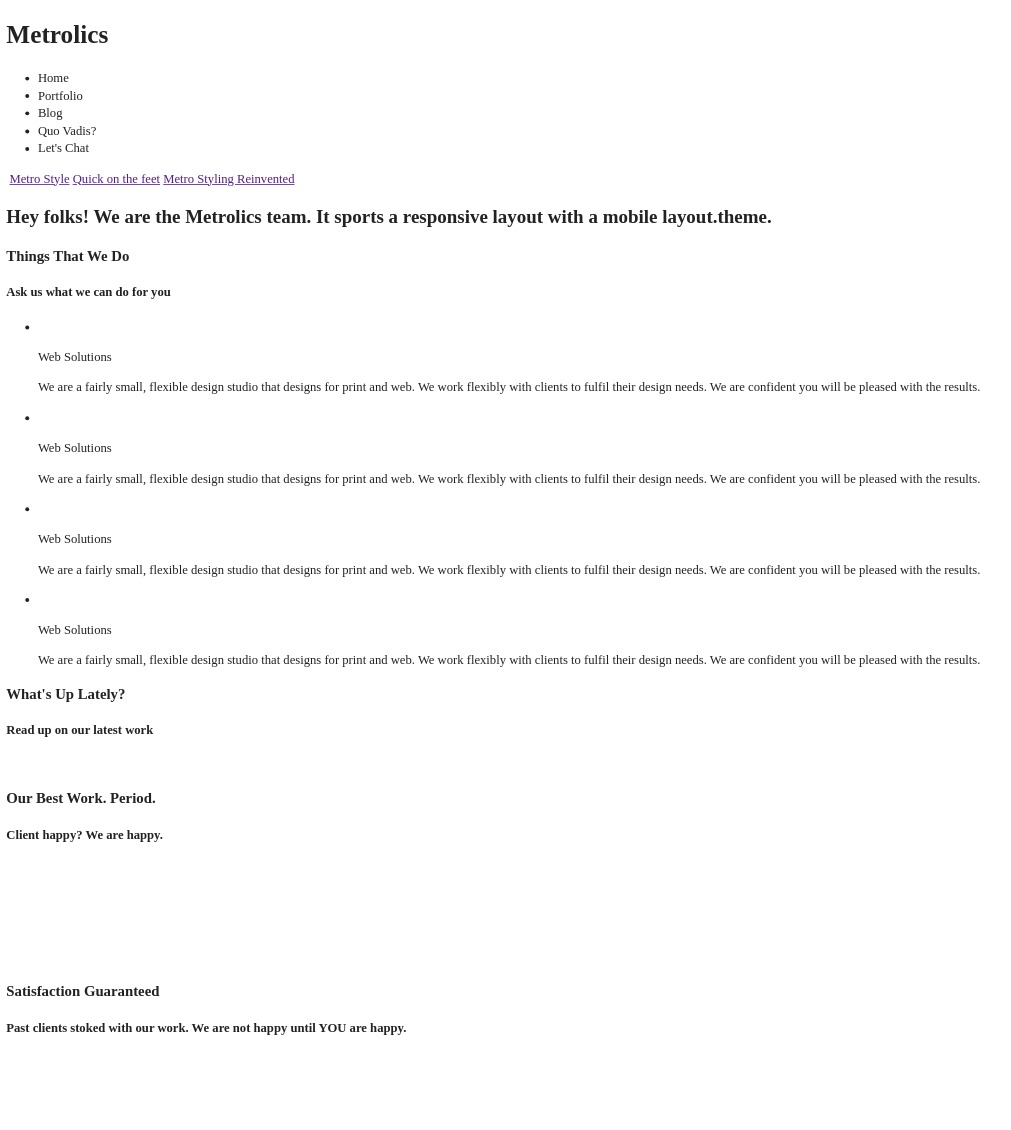
Repository: kaitlynlew/Lab02-Metrolics
Page: index.html
The author's editor kept a copy of each file at every save. The page is drawn from the files as they stood at one save, then again after the next save.
The browser window is 1280 px wide. The pictures show the whole page, at 79% of full size.

Above is the page before, as saved 2025-01-22 15:20:56.

After the next save:
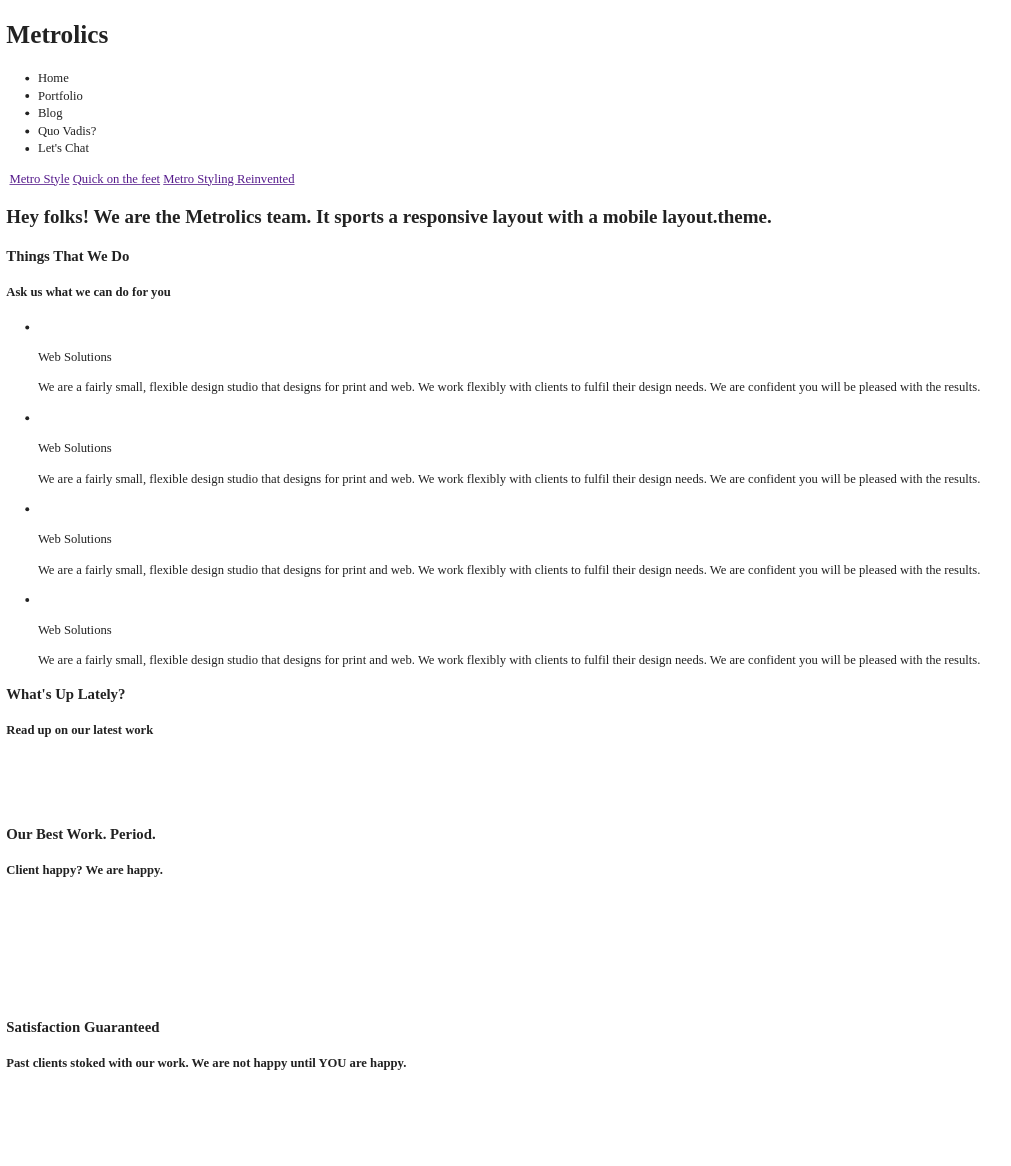
Saved 5 s later.
--- a/index.html
+++ b/index.html
@@ -77,9 +77,9 @@
   <h3>What's Up Lately?</h3>
   <h4>Read up on our latest work</h4>
   <div>
-    <img src="">
-    <img src="">
-    <img src="">
+    <div><img src=""></div>
+    <div><img src=""></div>
+    <div><img src=""></div>
   </div>
 </section>
 
